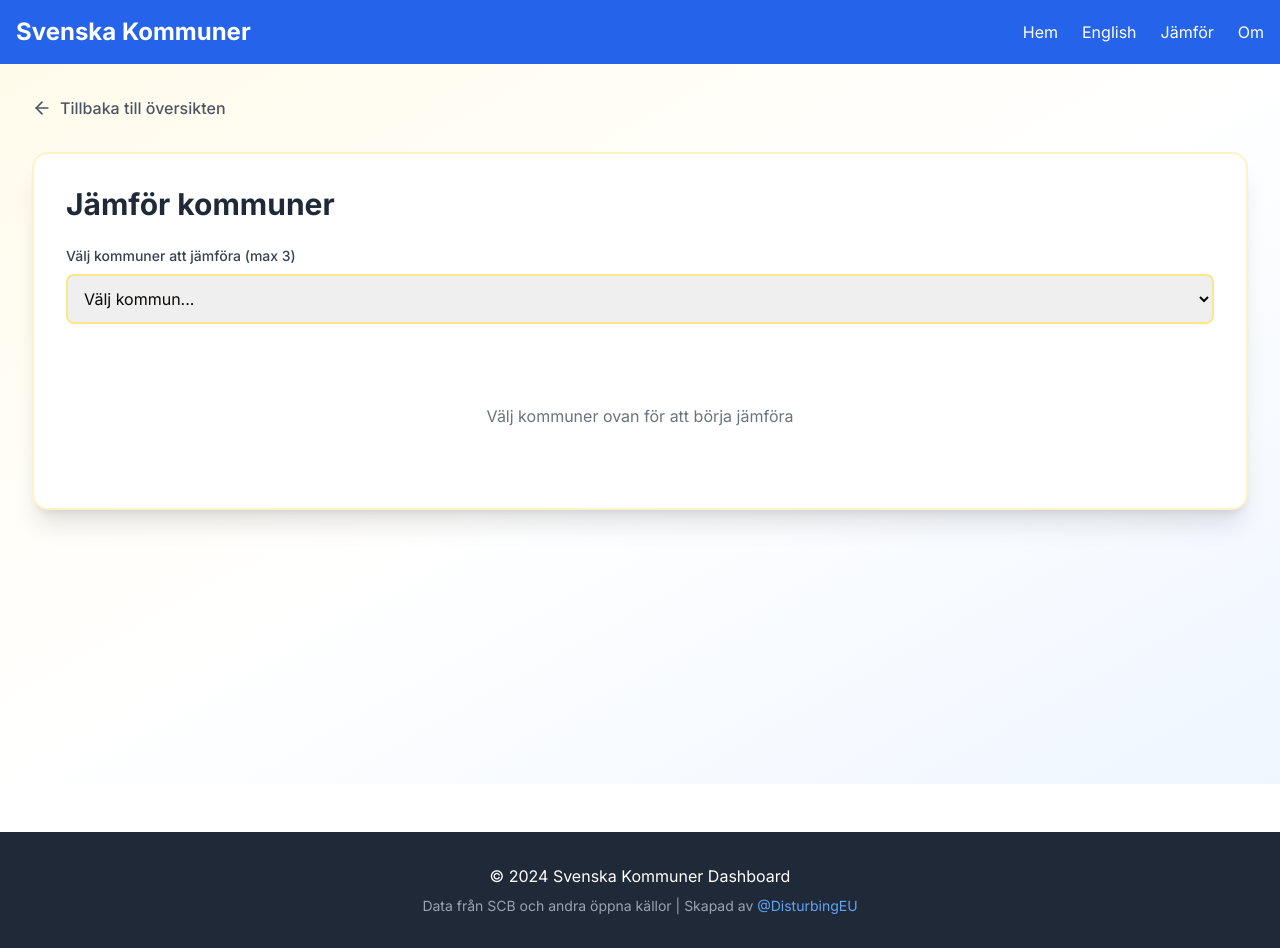
Repository: MaxWK96/sveriges-kommundata
Page: /compare
An editor plug-in stored every save of this project. The page is shown before and after the next save, followed by the edit.
The browser window is 1280 px wide. The pictures show the whole page.
The page's requests for data from a server got no answer. The project was rebuilt for these pictures with package versions that can differ from the ones it lists, and the page was loaded fresh each time. The framework's server and built-in components were replaced by stand-ins that run in the browser. No one was signed in, and anything a server would have sent is missing. Also part of the build but not shown: next.config.js.

Above is the page before, as saved 2025-10-30 19:51:05.

### app/layout.tsx
import type { Metadata } from 'next'
import { Inter } from 'next/font/google'
import './globals.css'
import Link from 'next/link'

const inter = Inter({ subsets: ['latin'] })

export const metadata: Metadata = {
  title: 'Svenska Kommuner - Statistik & Jämförelser',
  description: 'Jämför säkerhet, skolbetyg, bostadspriser och mer för Sveriges 290 kommuner',
}

export default function RootLayout({
  children,
}: {
  children: React.ReactNode
}) {
  return (
    <html lang="sv">
      <body className={inter.className}>
        <nav className="bg-blue-600 text-white p-4 shadow-lg">
          <div className="container mx-auto flex justify-between items-center">
            <Link href="/" className="text-2xl font-bold">
              Svenska Kommuner
            </Link>
            <div className="flex gap-6">
              <Link href="/" className="hover:underline">
                Hem
              </Link>
              <Link href="/en" className="hover:underline">
                English
              </Link>
              <Link href="/compare" className="hover:underline">
                Jämför
              </Link>
              <Link href="/about" className="hover:underline">
                Om
              </Link>
            </div>
          </div>
        </nav>
        {children}
        <footer className="bg-gray-800 text-white p-8 mt-12">
          <div className="container mx-auto text-center">
            <p className="mb-2">© 2024 Svenska Kommuner Dashboard</p>
            <p className="text-sm text-gray-400">
              Data från SCB och andra öppna källor | Skapad av{' '}
              <a
                href="https://twitter.com/DisturbingEU"
                target="_blank"
                rel="noopener noreferrer"
                className="text-blue-400 hover:underline"
              >
                @DisturbingEU
              </a>
            </p>
          </div>
        </footer>
      </body>
    </html>
  )
}

### app/compare/page.tsx
'use client'

import { useEffect, useState } from 'react'
import Link from 'next/link'
import { ArrowLeft } from 'lucide-react'
import { Municipality } from '@/types/index'

export default function ComparePage() {
  const [municipalities, setMunicipalities] = useState<Municipality[]>([])
  const [selectedMunicipalities, setSelectedMunicipalities] = useState<string[]>([])
  const [comparisonData, setComparisonData] = useState<Municipality[]>([])
  const [loading, setLoading] = useState(true)
  const [error, setError] = useState('')

  useEffect(() => {
    async function fetchMunicipalities() {
      try {
        const response = await fetch('/api/municipalities')
        if (!response.ok) throw new Error('Failed to fetch municipalities')
        const data = await response.json()
        setMunicipalities(data)
        setError('')
      } catch (err: any) {
        setError(err.message)
      } finally {
        setLoading(false)
      }
    }

    fetchMunicipalities()
  }, [])

  useEffect(() => {
    if (selectedMunicipalities.length === 0) {
      setComparisonData([])
      return
    }

    async function fetchComparisonData() {
      try {
        const data = await Promise.all(
          selectedMunicipalities.map(async (id) => {
            const response = await fetch(`/api/municipalities/${id}`)
            if (!response.ok) throw new Error(`Failed to fetch data for municipality ${id}`)
            return response.json()
          })
        )
        setComparisonData(data)
        setError('')
      } catch (err: any) {
        setError(err.message)
      }
    }

    fetchComparisonData()
  }, [selectedMunicipalities])

  const handleMunicipalitySelect = (event: React.ChangeEvent<HTMLSelectElement>) => {
    const id = event.target.value
    if (id && !selectedMunicipalities.includes(id)) {
      setSelectedMunicipalities([...selectedMunicipalities, id])
    }
  }

  const removeMunicipality = (id: string) => {
    setSelectedMunicipalities(selectedMunicipalities.filter(m => m !== id))
  }

  if (loading) {
    return (
      <div className="min-h-screen bg-gradient-to-br from-amber-50 via-white to-blue-50 p-8">
        <div className="container mx-auto">
          <div className="flex justify-center items-center h-64">
            <div className="animate-spin rounded-full h-16 w-16 border-b-4 border-amber-600"></div>
          </div>
        </div>
      </div>
    )
  }

  return (
    <div className="min-h-screen bg-gradient-to-br from-amber-50 via-white to-blue-50 p-8">
      <div className="container mx-auto">
        {/* Header */}
        <div className="flex items-center justify-between mb-8">
          <Link
            href="/"
            className="inline-flex items-center gap-2 text-gray-600 hover:text-amber-700 transition font-medium"
          >
            <ArrowLeft size={20} />
            Tillbaka till översikten
          </Link>
        </div>

        <div className="bg-white rounded-2xl shadow-xl p-8 border-2 border-amber-100 mb-8">
          <h1 className="text-3xl font-bold text-gray-800 mb-6">Jämför kommuner</h1>

          {/* Municipality Selector */}
          <div className="mb-8">
            <label className="block text-sm font-medium text-gray-700 mb-2">
              Välj kommuner att jämföra (max 3)
            </label>
            <select
              className="w-full p-3 border-2 border-amber-200 rounded-lg focus:border-amber-500 focus:ring focus:ring-amber-200 focus:ring-opacity-50"
              onChange={handleMunicipalitySelect}
              value=""
              disabled={selectedMunicipalities.length >= 3}
            >
              <option value="">Välj kommun...</option>
              {municipalities
                .filter(m => !selectedMunicipalities.includes(m.id.toString()))
                .map(m => (
                  <option key={m.id} value={m.id}>
                    {m.name}
                  </option>
                ))}
            </select>
          </div>

          {/* Comparison Table */}
          {comparisonData.length > 0 && (
            <div className="overflow-x-auto">
              <table className="w-full">
                <thead>
                  <tr className="border-b-2 border-amber-200">
                    <th className="px-4 py-3 text-left text-gray-600">Mått</th>
                    {comparisonData.map(m => (
                      <th key={m.id} className="px-4 py-3 text-center">
                        <div className="flex items-center justify-between">
                          <span className="font-bold text-gray-800">{m.name}</span>
                          <button
                            onClick={() => removeMunicipality(m.id.toString())}
                            className="text-red-500 hover:text-red-700"
                          >
                            ×
                          </button>
                        </div>
                      </th>
                    ))}
                  </tr>
                </thead>
                <tbody>
                  <tr className="border-b border-gray-200">
                    <td className="px-4 py-3 text-gray-600">Befolkning</td>
                    {comparisonData.map(m => (
                      <td key={m.id} className="px-4 py-3 text-center font-medium">
                        {m.population.toLocaleString('sv-SE')}
                      </td>
                    ))}
                  </tr>
                  <tr className="border-b border-gray-200">
                    <td className="px-4 py-3 text-gray-600">Säkerhetsbetyg</td>
                    {comparisonData.map(m => (
                      <td key={m.id} className="px-4 py-3 text-center font-medium">
                        {m.safety_score.toFixed(1)}/10
                      </td>
                    ))}
                  </tr>
                  <tr className="border-b border-gray-200">
                    <td className="px-4 py-3 text-gray-600">Skolbetyg</td>
                    {comparisonData.map(m => (
                      <td key={m.id} className="px-4 py-3 text-center font-medium">
                        {m.school_rating.toFixed(1)}/10
                      </td>
                    ))}
                  </tr>
                  <tr className="border-b border-gray-200">
                    <td className="px-4 py-3 text-gray-600">Bostadspris (kr/m²)</td>
                    {comparisonData.map(m => (
                      <td key={m.id} className="px-4 py-3 text-center font-medium">
                        {m.price_per_sqm.toLocaleString('sv-SE')}
                      </td>
                    ))}
                  </tr>
                  <tr className="border-b border-gray-200">
                    <td className="px-4 py-3 text-gray-600">Sysselsättning</td>
                    {comparisonData.map(m => (
                      <td key={m.id} className="px-4 py-3 text-center font-medium">
                        {m.employment_rate.toFixed(1)}%
                      </td>
                    ))}
                  </tr>
                  {comparisonData[0].procent_utlandsk_bakgrund !== undefined && (
                    <tr className="border-b border-gray-200">
                      <td className="px-4 py-3 text-gray-600">Utländsk bakgrund</td>
                      {comparisonData.map(m => (
                        <td key={m.id} className="px-4 py-3 text-center font-medium">
                          {m.procent_utlandsk_bakgrund?.toFixed(1)}%
                        </td>
                      ))}
                    </tr>
                  )}
                </tbody>
              </table>
            </div>
          )}

          {selectedMunicipalities.length === 0 && (
            <div className="text-center py-12 text-gray-500">
              Välj kommuner ovan för att börja jämföra
            </div>
          )}
        </div>
      </div>
    </div>
  )
}

### app/globals.css
@tailwind base;
@tailwind components;
@tailwind utilities;

@layer base {
  :root {
    --background: 0 0% 100%;
    --foreground: 20 14.3% 4.1%;

    --card: 0 0% 100%;
    --card-foreground: 20 14.3% 4.1%;

    --popover: 0 0% 100%;
    --popover-foreground: 20 14.3% 4.1%;

    --primary: 47.9 95.8% 53.1%;
    --primary-foreground: 26 83.3% 14.1%;

    --secondary: 60 4.8% 95.9%;
    --secondary-foreground: 24 9.8% 10%;

    --muted: 60 4.8% 95.9%;
    --muted-foreground: 25 5.3% 44.7%;

    --accent: 60 4.8% 95.9%;
    --accent-foreground: 24 9.8% 10%;

    --destructive: 0 84.2% 60.2%;
    --destructive-foreground: 60 9.1% 97.8%;

    --border: 20 5.9% 90%;
    --input: 20 5.9% 90%;
    --ring: 20 14.3% 4.1%;

    --radius: 0.5rem;
  }
}

@layer base {
  * {
    @apply border-border;
  }
  body {
    @apply bg-background text-foreground;
    font-feature-settings: "rlig" 1, "calt" 1;
  }
}

### tailwind.config.ts
/** @type {import('tailwindcss').Config} */
import { Config } from 'tailwindcss'

const config: Config = {
  content: [
    './pages/**/*.{js,ts,jsx,tsx,mdx}',
    './components/**/*.{js,ts,jsx,tsx,mdx}',
    './app/**/*.{js,ts,jsx,tsx,mdx}',
  ],
  theme: {
    extend: {
      colors: {
        border: "hsl(var(--border))",
        input: "hsl(var(--input))",
        ring: "hsl(var(--ring))",
        background: "hsl(var(--background))",
        foreground: "hsl(var(--foreground))",
        primary: {
          DEFAULT: "hsl(var(--primary))",
          foreground: "hsl(var(--primary-foreground))",
        },
        secondary: {
          DEFAULT: "hsl(var(--secondary))",
          foreground: "hsl(var(--secondary-foreground))",
        },
        destructive: {
          DEFAULT: "hsl(var(--destructive))",
          foreground: "hsl(var(--destructive-foreground))",
        },
        muted: {
          DEFAULT: "hsl(var(--muted))",
          foreground: "hsl(var(--muted-foreground))",
        },
        accent: {
          DEFAULT: "hsl(var(--accent))",
          foreground: "hsl(var(--accent-foreground))",
        },
        popover: {
          DEFAULT: "hsl(var(--popover))",
          foreground: "hsl(var(--popover-foreground))",
        },
        card: {
          DEFAULT: "hsl(var(--card))",
          foreground: "hsl(var(--card-foreground))",
        },
      },
      borderRadius: {
        lg: "var(--radius)",
        md: "calc(var(--radius) - 2px)",
        sm: "calc(var(--radius) - 4px)",
      },
    },
  },
  plugins: [require("tailwindcss-animate")],
}

export default config

After the next save:
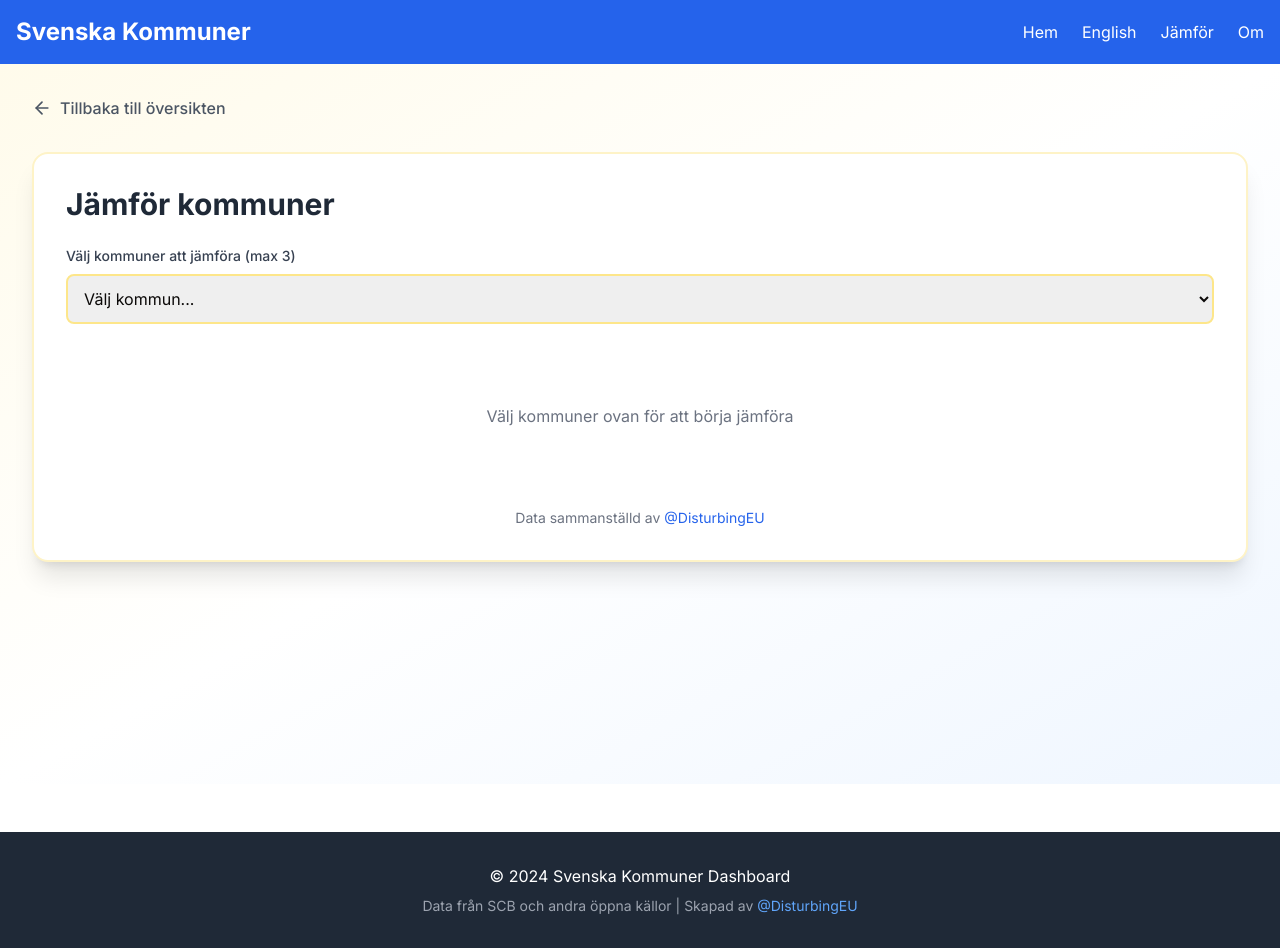
Saved 14 h 30 min later.
--- a/app/compare/page.tsx
+++ b/app/compare/page.tsx
@@ -152,7 +152,7 @@ export default function ComparePage() {
                     <td className="px-4 py-3 text-gray-600">Säkerhetsbetyg</td>
                     {comparisonData.map(m => (
                       <td key={m.id} className="px-4 py-3 text-center font-medium">
-                        {m.safety_score.toFixed(1)}/10
+                        {m.safety_score !== null && m.safety_score !== undefined ? `${m.safety_score.toFixed(1)}/100` : 'N/A'}
                       </td>
                     ))}
                   </tr>
@@ -160,7 +160,7 @@ export default function ComparePage() {
                     <td className="px-4 py-3 text-gray-600">Skolbetyg</td>
                     {comparisonData.map(m => (
                       <td key={m.id} className="px-4 py-3 text-center font-medium">
-                        {m.school_rating.toFixed(1)}/10
+                        {m.school_rating !== null && m.school_rating !== undefined ? `${m.school_rating.toFixed(1)}/100` : 'N/A'}
                       </td>
                     ))}
                   </tr>
@@ -168,7 +168,7 @@ export default function ComparePage() {
                     <td className="px-4 py-3 text-gray-600">Bostadspris (kr/m²)</td>
                     {comparisonData.map(m => (
                       <td key={m.id} className="px-4 py-3 text-center font-medium">
-                        {m.price_per_sqm.toLocaleString('sv-SE')}
+                        {m.price_per_sqm !== null && m.price_per_sqm !== undefined ? m.price_per_sqm.toLocaleString('sv-SE') : 'N/A'}
                       </td>
                     ))}
                   </tr>
@@ -176,7 +176,7 @@ export default function ComparePage() {
                     <td className="px-4 py-3 text-gray-600">Sysselsättning</td>
                     {comparisonData.map(m => (
                       <td key={m.id} className="px-4 py-3 text-center font-medium">
-                        {m.employment_rate.toFixed(1)}%
+                        {m.employment_rate !== null && m.employment_rate !== undefined ? `${m.employment_rate.toFixed(1)}%` : 'N/A'}
                       </td>
                     ))}
                   </tr>
@@ -200,6 +200,20 @@ export default function ComparePage() {
               Välj kommuner ovan för att börja jämföra
             </div>
           )}
+
+          <div className="text-center mt-8 text-sm text-gray-500">
+            <p>
+              Data sammanställd av{' '}
+              <a
+                href="https://twitter.com/DisturbingEU"
+                target="_blank"
+                rel="noopener noreferrer"
+                className="text-blue-600 hover:underline"
+              >
+                @DisturbingEU
+              </a>
+            </p>
+          </div>
         </div>
       </div>
     </div>
